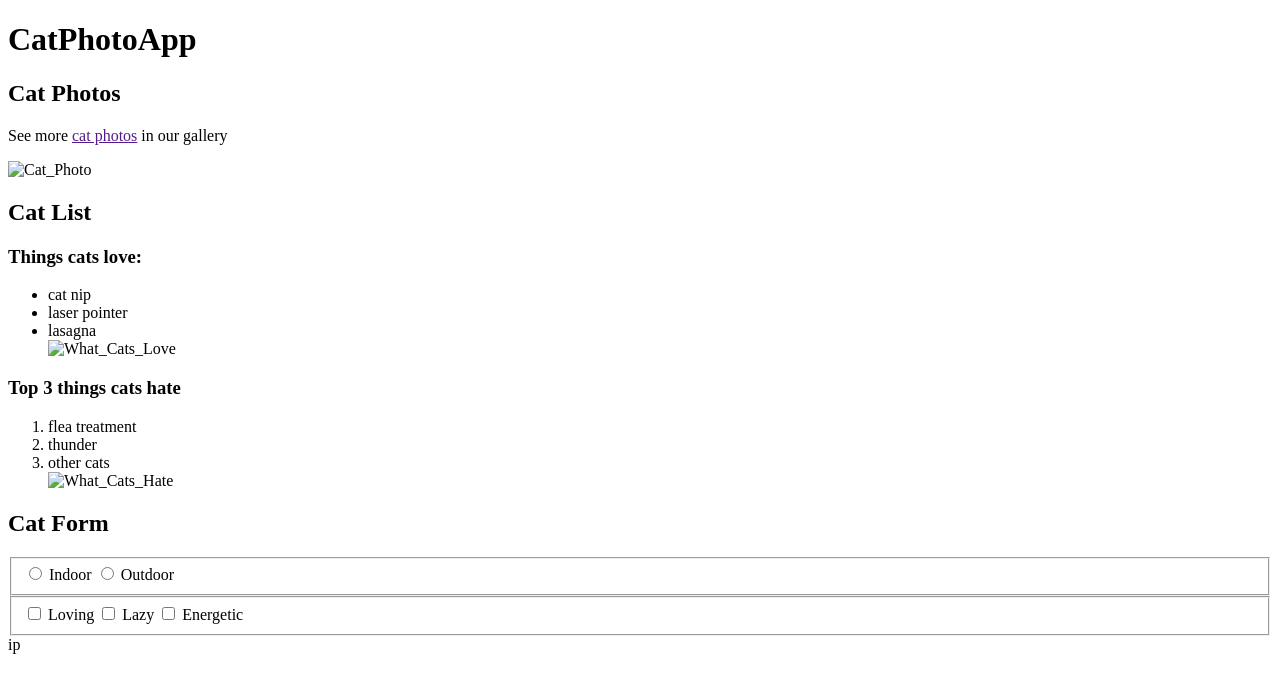
Repository: Lungdjos/cat_photo_app
Page: cat_photo_app/index.html
An editor plug-in stored every save of this project. The page is shown before and after a run of saves, followed by the edit.
The browser window is 1280 px wide. The pictures show the whole page.

Above is the page before, as saved 2023-08-29 17:48:30.

### cat_photo_app/index.html
<!DOCTYPE html>
<html lang="en">

<head>
    <meta charset="UTF-8">
    <meta name="viewport" content="width=device-width, initial-scale=1.0">
    <title>Cat Photo App</title>
</head>

<body>
    <h1>CatPhotoApp</h1>

    <h2>Cat Photos</h2>

    <p>See more
        <a href="">cat photos</a> in our gallery</p>
    <img src="" alt="Cat_Photo">
    <h2>Cat List</h2>
    <h3>Things cats love:</h3>
    <ul>
        <li>cat nip</li>
        <li>laser pointer</li>
        <li>lasagna</li>
        <img src="" alt="What_Cats_Love">
    </ul>
    <h3>Top 3 things cats hate</h3>
    <ol>
        <li>flea treatment</li>
        <li>thunder</li>
        <li>other cats</li>
        <img src="" alt="What_Cats_Hate">
    </ol>
    <form action="">
        <h2>Cat Form</h2>
        <fieldset>
            <input type="radio" name="Indoor" id=""> Indoor
            <input type="radio" name="Outdoor" id=""> Outdoor
        </fieldset>
        <fieldset>
            <input type="checkbox" name="" id=""> Loving
            <input type="checkbox" name="" id=""> Lazy
            <input type="checkbox" name="" id=""> Energetic
        </fieldset>
        ip
    </form>

</body>

</html>

After the next 3 saves:
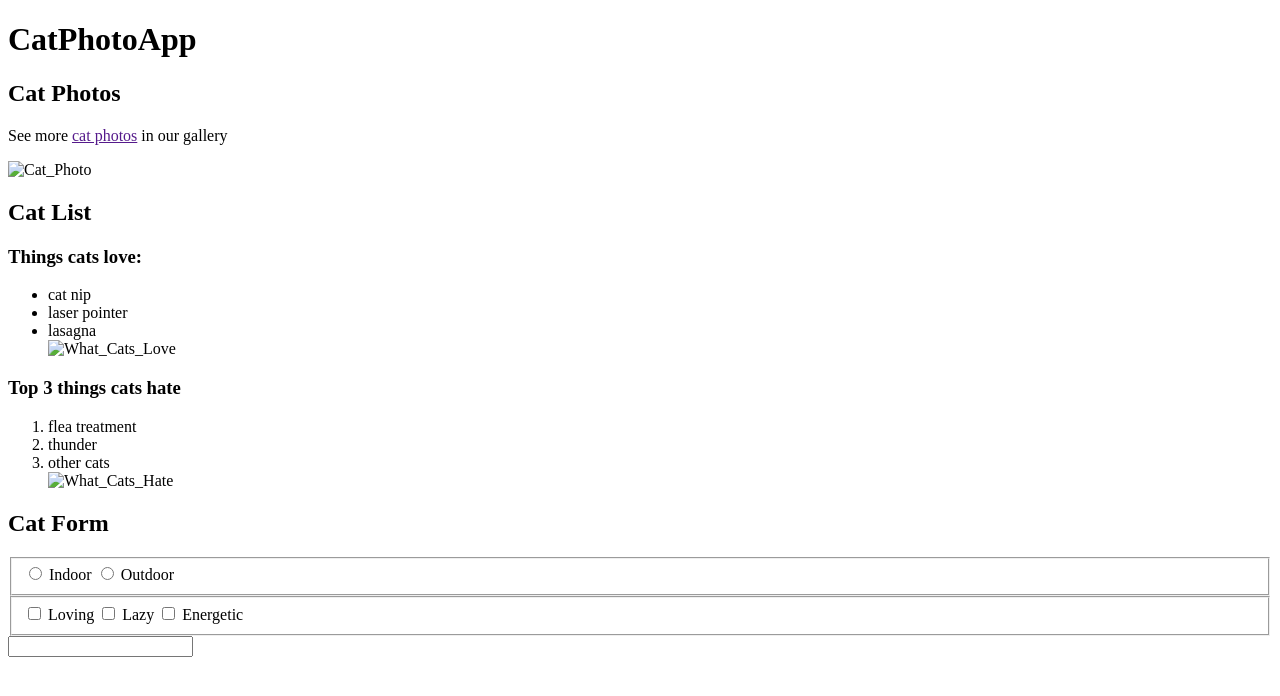
The 3 saves are shown as one change because they came seconds apart.
The last was saved 8 s later.
--- a/cat_photo_app/index.html
+++ b/cat_photo_app/index.html
@@ -41,7 +41,7 @@
             <input type="checkbox" name="" id=""> Lazy
             <input type="checkbox" name="" id=""> Energetic
         </fieldset>
-        ip
+        <input type="text">
     </form>
 
 </body>
